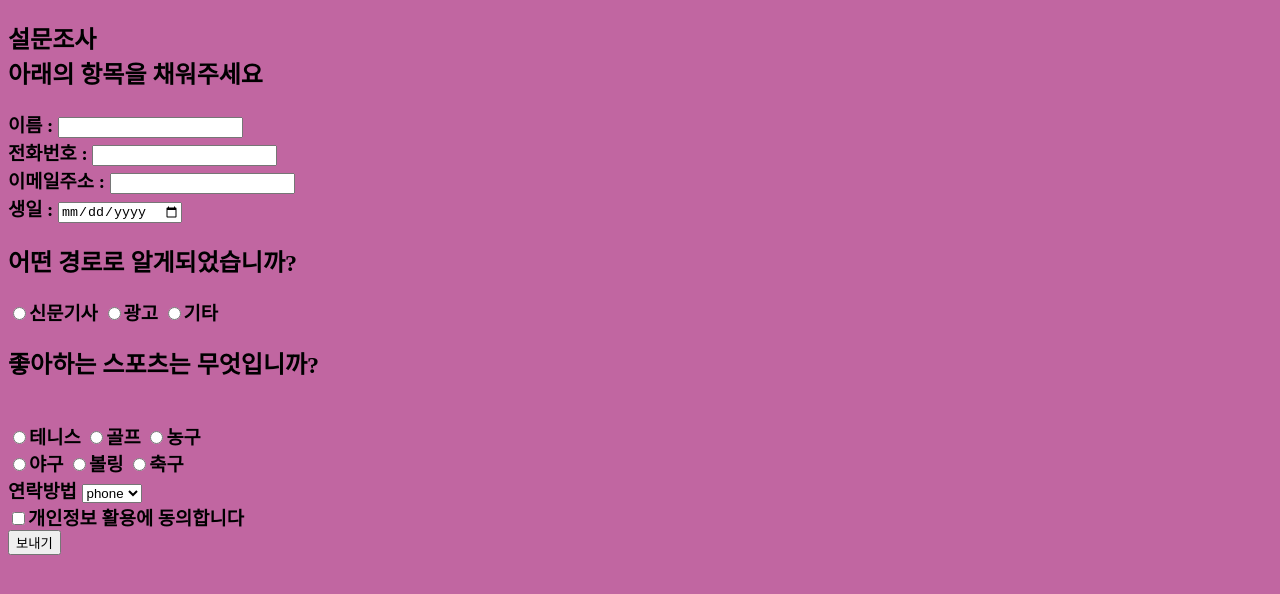
Repository: violetaplum/eclipseJSP
Page: http://localhost/JSP/jsp_DB/dao.jsp
The author's editor kept a copy of each file at every save. The page is drawn from the files as they stood at one save, then again after the next save.
The browser window is 1280 px wide. The pictures show the whole page.
The page is served by Tomcat 9.

Above is the page before, as saved 2019-06-12 10:08:56.

After the next save:
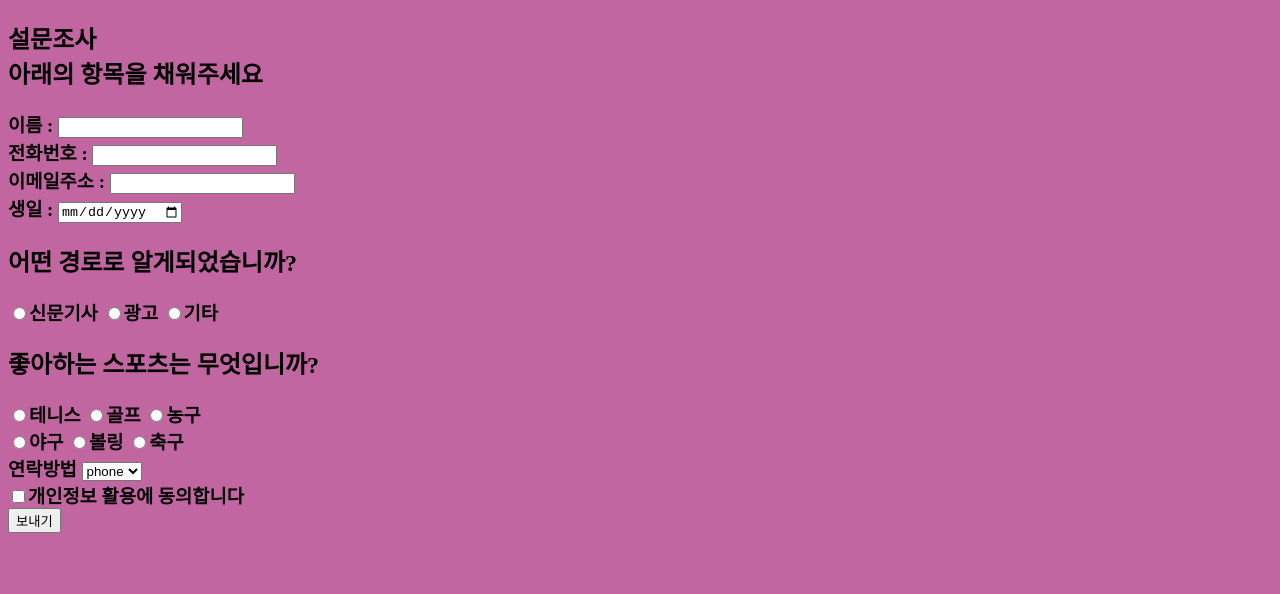
Saved 7 s later.
--- a/JSP/WebContent/jsp_DB/dao.jsp
+++ b/JSP/WebContent/jsp_DB/dao.jsp
@@ -45,7 +45,7 @@ ArrayList<TelInfoVO> tiArray = tidao.getAllInfo();
 <h2>어떤 경로로 알게되었습니까?</h2><h3>
 <input type="radio" name="radio1" value="신문기사"/>신문기사 <input type="radio" name="radio1" value="광고"/>광고  <input type="radio" name="radio1" value="기타" />기타
 </h3>
-<h2>좋아하는 스포츠는 무엇입니까?</h2><h3><br>
+<h2>좋아하는 스포츠는 무엇입니까?</h2><h3>
 <input type="radio" name="radio2" value="테니스" />테니스  <input type="radio" name="radio2" value="골프" />골프  <input type="radio" name="radio2" value="농구" />농구<br>
 <input type="radio" name="radio2" value="야구" />야구  <input type="radio" name="radio2" value="볼링" />볼링  <input type="radio" name="radio2" value="축구" />축구<br>
 
